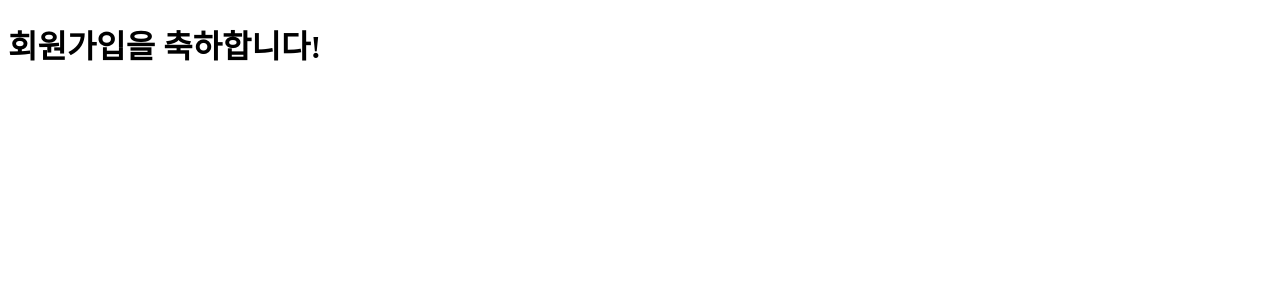
Repository: hanbeen03/javabasic
Page: http://localhost/JDBCBasic/users/users_join.jsp
These files come from the project's save history. The page is drawn as it stood at one moment and after the next save; the edit follows.
The browser window is 1280 px wide. The pictures show the whole page.
The page is served by Tomcat 9. Other server files are loaded and not shown.

Above is the page before, as saved 2021-08-04 03:42:57.

### JDBCBasic/WebContent/users/users_join.jsp
<%@ page import="java.sql.*"%>
<%@ page language="java" contentType="text/html; charset=UTF-8"
    pageEncoding="UTF-8"%>
<%
	request.setCharacterEncoding("utf-8");
	// DB연동 이전에 먼저 users_join_form에서 날려주는 데이터를
	// 받아서 저장해줍니다.
	String id = request.getParameter("id");
	String pw = request.getParameter("pw");
	String uname = request.getParameter("uname");
	String email = request.getParameter("email");


	Connection con = null;
	PreparedStatement pstmt = null;

	try {
		Class.forName("com.mysql.cj.jdbc.Driver");

		String url = "jdbc:mysql://localhost/ict03";

		con = DriverManager.getConnection(url, "root", "mysql");

		String sql = "INSERT INTO users VALUES (?, ?, ?, ?)";

		pstmt = con.prepareStatement(sql);

		pstmt.setString(1, id);
		pstmt.setString(2, pw);
		pstmt.setString(3, uname);
		pstmt.setString(4, email);

		pstmt.executeUpdate();

	} catch (ClassNotFoundException e) {
		System.out.println("드라이버 로딩 실패!");
	} catch (SQLException e) {
		System.out.println("에러 : " + e);
	} finally {
		try {
			if ( con != null && !con.isClosed()) {
				con.close();
			}
		} catch (SQLException e) {
			e.printStackTrace();
		}
	}
%>
<!DOCTYPE html>
<html>
<head>
<meta charset="UTF-8">
<title>회원 가입 페이지</title>
</head>
<body>
	<h1>회원가입을 축하합니다!</h1>
</body>
</html>

After the next save:
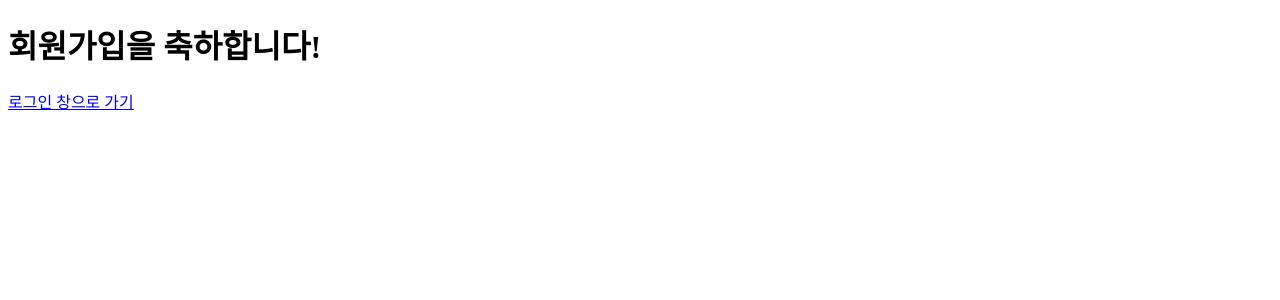
Saved 2 min 3 s later.
--- a/JDBCBasic/WebContent/users/users_join.jsp
+++ b/JDBCBasic/WebContent/users/users_join.jsp
@@ -54,5 +54,6 @@
 </head>
 <body>
 	<h1>회원가입을 축하합니다!</h1>
+	<a href="users_login_form.jsp">로그인 창으로 가기</a>
 </body>
 </html>
